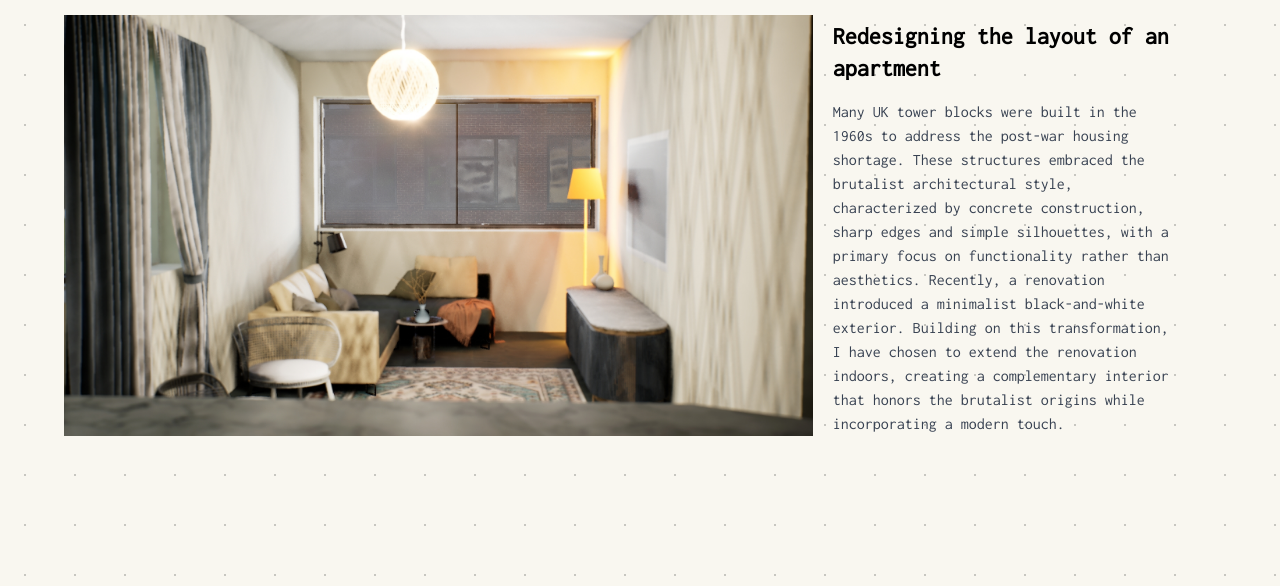
Repository: BBRRE/Portfolio-V2
Page: /#/Architecture
These files come from the project's save history. The page is drawn as it stood at one moment and after the next save; the edit follows.
The browser window is 1280 px wide. The pictures show the part of the page from y = 0 to 586 px (the page is 1246 px tall before and 1446 px after).
Pictures or frames that could not be fetched are drawn as grey boxes. Some web fonts or font styles are not loaded; a fallback is used. The project was rebuilt for these pictures with package versions that can differ from the ones it lists, and the page was loaded fresh each time. Also part of the build but not shown: vite.config.js, src/Subjects/CompSci.jsx, src/Subjects/EEng.jsx, src/Subjects/Other.jsx, src/Projects Overview.jsx, src/HomePage.jsx, src/ErrorBoundary.jsx.

Above is the page before, as saved 2024-11-26 21:22:39.

### index.html
<!doctype html>
<html lang="en">
  <head>
    <meta charset="UTF-8" />
    <link rel="icon" type="image/svg+xml" href="src\assets\letter-bb.svg" />
    <link href="https://fonts.googleapis.com/css2?family=Inconsolata&family=Italiana&family=Hubballi&family=Julius+Sans+One&display=swap" rel="stylesheet">
    <link rel="preconnect" href="https://fonts.googleapis.com" />
<link rel="preconnect" href="https://fonts.gstatic.com" crossorigin />
<link
  rel="stylesheet"
  href="https://fonts.googleapis.com/css2?family=Roboto:wght@300;400;500;700&display=swap"
/>
<link
  rel="stylesheet"
  href="https://fonts.googleapis.com/icon?family=Material+Icons"
/>

    <meta name="viewport" content="width=device-width, initial-scale=1.0" />
    <title>Bilaal Bare</title>
  </head>
  <body>
    <div id="root"></div>
    <script type="module" src="/src/main.jsx"></script>
  </body>
</html>

### src/main.jsx
import React from 'react'
import ReactDOM from 'react-dom/client'
import App from './App'
import ErrorBoundary from './ErrorBoundary'
import './index.css'

ReactDOM.createRoot(document.getElementById('root')).render(
  <React.StrictMode>
    <ErrorBoundary>
      <App />
    </ErrorBoundary>
  </React.StrictMode>
)

### src/App.jsx
import { HashRouter as Router, Routes, Route } from 'react-router-dom';
import Archi from './Subjects/Archi.jsx'
import CompSci from './Subjects/CompSci.jsx'
import EEng from './Subjects/EEng.jsx'
import Other from './Subjects/Other.jsx'
import { HomePage } from './HomePage'
import { useState, useEffect } from 'react'

function App() {
  useEffect(() => {
    console.log('App component mounted')
  }, [])

  return (
    <Router>
        <Routes>
          <Route path="/" element={<HomePage />} />
          <Route path="/Architecture" element={<Archi />} />
          <Route path="/Electronic-Eng" element={<EEng />} />
          <Route path="/Computer-Sci" element={<CompSci />} />
          <Route path="/Other" element={<Other />} />
        </Routes>
    </Router>
  )
}

export default App

### src/index.css
@tailwind base;
@tailwind components;
@tailwind utilities;

@layer utilities {
  .bg-dot-pattern {
    background-image: radial-gradient(circle, rgba(0, 0, 0, 0.2) 1px, transparent 1px);
    background-size: 50px 50px; /* Adjust the spacing here */
  }
}

### src/Subjects/Archi.jsx
import React, { useState, useEffect } from 'react';
import { motion } from "framer-motion";
import archi from "../assets/arch.jpg";
import old from "../assets/Old.jpg";
import newL from "../assets/New.jpg";
import render1 from "../assets/NewLevelSequence.0001.jpeg"
import render2 from "../assets/NewLevelSequence.0002.jpeg"
import render3 from "../assets/NewLevelSequence.0003.jpeg"
import render4 from "../assets/NewLevelSequence.0004.jpeg"
import render5 from "../assets/NewLevelSequence.0005.jpeg"
import kitchen from "../assets/Kitchene.PNG";
import balcony from "../assets/Balconye.PNG";
import bathroom from "../assets/Bathroome.PNG";
import logronyo from "../assets/LOGRONYO1-min.png"
import logronyo1 from "../assets/LOGRONYO1.png"
import logronyo2 from "../assets/LOGRONYO2.png"
import logronyo3 from "../assets/LOGRONYO3.png"
import logronyo4 from "../assets/LOGRONYO4.png"


const Arcchi = () => {
  const [isExpanded, setIsExpanded] = useState(false);
  const [delayedExpanded, setDelayedExpanded] = useState(false);
  const [isExpanded2, setIsExpanded2] = useState(false);
  const [delayedExpanded2, setDelayedExpanded2] = useState(false);

  useEffect(() => {
    let timer;
    if (isExpanded) {setDelayedExpanded(true)
    } else {
      timer = setTimeout(() => setDelayedExpanded(false), 1000);
    }
    return () => clearTimeout(timer);
  }, [isExpanded]);

  useEffect(() => {
    let timer;
    if (isExpanded2) {setDelayedExpanded2(true)
    } else {
      timer = setTimeout(() => setDelayedExpanded2(false), 1000);
    }
    return () => clearTimeout(timer);
  }, [isExpanded2]);

  const containerVariants = {
    hidden: {
      y: -100,
      opacity: 0
    },
    visible: {
      y: 0,
      opacity: 1,
      transition: {
        type: "spring",
        damping: 20,
        stiffness: 100,
        duration: 1
      }
    }
  };
  // Separate variants for mobile and desktop
  const imageVariants = {
    initial: {
      width: '65%',
      x: 0,
      transition: { duration: 2 }
    },
    expanded: {
      width: '100%',
      x: 0,
      transition: { duration: 2 }
    }
  };

  // Desktop-specific variants
  const desktopImageVariants = {
    initial: {
      width: '65%',
      x: 0,
      transition: { duration: 2 }
    },
    expanded: {
      width: '100%',
      x: '15%',
      transition: { duration: 2 }
    }
  };

  const textVariants = {
    initial: { opacity: 1, y: 0 },
    fading: { opacity: 0, transition: { duration: 0.5 } },
    appearing: { opacity: 1, y: '-50%', transition: { duration: 0.5 } }
  };

  return (
    <div className='bg-[#F9F7F0] bg-dot-pattern flex flex-col gap-[150px] h-auto'>
    <div className={` font-inconsolata w-full overflow-hidden mt-[-100px] `}>
      <motion.div
        className="flex flex-col pt-[60px] md:pt-[100px] gap-4 md:gap-8 w-full"
        initial="hidden"
        animate="visible"
        variants={containerVariants}
      >
        <div className="flex w-full mx-auto max-w-[1200px] flex-col px-4 md:px-6">
          {/* Initial hero section */}
          <div
            className="flex flex-col md:flex-row w-full mx-auto max-w-[1200px] h-auto cursor-pointer relative z-10"
            onClick={() => setIsExpanded(!isExpanded)}
          >
            {/* Mobile Image */}

            <motion.img
              className="object-contain rounded-sm z-10 mx-auto md:hidden"
              src={render1}
              initial="initial"
              animate={isExpanded ? "expanded" : "initial"}
              variants={imageVariants}
            />

            {/* Desktop Image */}
            <motion.img
              className="hidden md:block object-contain rounded-sm z-10"
              src={render1}
              initial="initial"
              animate={isExpanded ? "expanded" : "initial"}
              variants={desktopImageVariants}
            />

            <motion.div
              className="w-full md:w-1/3 p-4 md:pl-[20px] md:pt-[20px] my-auto"
              initial="initial"
              animate={isExpanded ? "fading" : "initial"}
              variants={textVariants}
            >
              <h1 className="text-xl md:text-2xl font-semibold mb-4">Redesigning the layout of an apartment</h1>
              <p className="text-gray-700 leading-relaxed text-sm md:text-base z-10">
              Many UK tower blocks were built in the 1960s to address the post-war housing shortage. These structures embraced the brutalist architectural style, characterized by concrete construction, sharp edges and simple silhouettes,
               with a primary focus on functionality rather than aesthetics. Recently, a renovation introduced a minimalist black-and-white exterior. Building on this transformation, I have chosen to extend the renovation indoors,
                creating a complementary interior that honors the brutalist origins while incorporating a modern touch.
              </p>
            </motion.div>
          </div>

          {/* Expanded grid section */}
          <motion.div
            className={`w-full max-w-[1200px] mx-auto transition-all duration-1000 ease-in-out  ${isExpanded ? '' : 'h-96'}
              ${isExpanded ? 'opacity-100 mt-[-200px] md:mt-8' : 'opacity-0 mt-[-400px]'}
              `}
          >
            <div className={`grid grid-cols-1 md:grid-cols-2 gap-8 md:gap-16 p-4 md:p-8 justify-center `}>
              {/* Balcony Section */}
              <div className="flex flex-col space-y-4 md:space-y-6">
              <img
                  src={balcony}
                  alt="Balcony view"
                  className="w-full max-w-[400px] h-auto object-cover rounded-lg shadow-lg mx-auto"
                />
                <img
                  src={render5}
                  alt="Balcony view"
                  className="w-full max-w-[400px] h-auto object-cover rounded-lg shadow-lg mx-auto"
                />
                <div className="space-y-2 md:space-y-4 px-4 md:px-0">
                  <h2 className="text-lg md:text-xl font-semibold">Balcony Transformation</h2>
                  <p className="text-gray-700 leading-relaxed text-sm md:text-base">
                  What appeared to be a balcony was actually an awkward space connecting the main bedroom to the living room.
                   Despite not protruding from the building's facade, this area had defaulted to storage use. By removing this space,
                    I was able to expand the smaller bedrooms and provide them with direct access to exterior windows. The responsibility of storage would be removed from balcony and distrabuted accross the home
                     requiring alternative storage solutions to be disscused later.
                  </p>
                </div>
              </div>

              {/* Kitchen Section */}
              <div className="flex flex-col space-y-4 md:space-y-6 md:mt-[200px]">
                <img
                  src={kitchen}
                  alt="Balcony view"
                  className="w-full max-w-[400px] h-auto object-cover rounded-lg shadow-lg mx-auto"
                />
                <img
                  src={render2}
                  alt="Kitchen design"
                  className="w-full max-w-[400px] h-auto object-cover rounded-lg shadow-lg mx-auto"
                />
                <div className="space-y-2 md:space-y-4 px-4 md:px-0">
                  <h2 className="text-lg md:text-xl font-semibold">Modern Kitchen Design</h2>
                  <p className="text-gray-700 leading-relaxed text-sm md:text-base">
                    The kitchen was and small narrow with one small window, and despite it's size it was being used as also being used as a laundry
                    room. I decided to expand the kitchen out into the living room and incorporate a large window to not only help with ventilation but
                    to bring some natural light giving a more enjoyable cooking experience. I also removed many small storage rooms in the kitchen and repurposed
                    it into one large laundry / storage room. This alleviates some stress off the kitchen, and as the door is angled away from the kitchen you wouldn't be
                     interupted while baking. The larger laundry / storage room would act as the central storage and as each bedroom is now larger, there would be
                     space for separated storage within each room.
                  </p>
                </div>
              </div>

              {/* Bathroom Section */}
              <div className="flex flex-col space-y-4 md:space-y-6 md:my-[-300px]">
              <img
                  src={bathroom}
                  alt="Balcony view"
                  className="w-full max-w-[400px] h-auto object-cover rounded-lg shadow-lg mx-auto"
                />
                <img
                  src={render3}
                  alt="Bathroom design"
                  className="w-full max-w-[400px] h-auto object-cover rounded-lg shadow-lg mx-auto"
                />
                <div className="space-y-2 md:space-y-4 px-4 md:px-0">
                  <h2 className="text-lg md:text-xl font-semibold">Luxurious Bathroom</h2>
                  <p className="text-gray-700 leading-relaxed text-sm md:text-base">
                    The bathroom was 2 seperate small rooms, while it came with it's advantages, could be used in parralell, it also had many disadvantages, including the small size.
                     A combined washroom gives you a larger space and with the additional
                    divider it would provide the benifit of seperating the toilet from the bathroom. Within the neighberhood this tower block
                    resides, it is very common to have a pair of crocs / flip flops in the bathroom, with the new sliding doors the sandlas can remain
                    at the enterance while you both open and close the door.
                  </p>
                </div>
              </div>

              {/* Floor Plan Section */}
              <div className="flex flex-col space-y-4 md:space-y-6">
                <div className="h-auto md:h-auto bg-white rounded-lg shadow-lg p-4 md:p-6 md:mt-[450px]">
                  <h2 className="text-lg md:text-xl font-semibold mb-2 md:mb-4">Floor Plans & Technical Details</h2>
                  <p className="text-gray-700 leading-relaxed text-sm md:text-base ">
                  Built in the 1960s, this tower block features a typical construction style of its era: load-bearing exterior
                  walls and central columns, with non-load-bearing interior walls. This structural arrangement provided complete freedom
                  in redesigning the interior layout to meet modern living standards. Both the old and renovated floor plan, created in AutoCAD, is shown below.
                  </p>
                </div>
              </div>

              {/* Final Image */}
              <img
                src={old}
                className="col-span-1 md:col-span-2 mt-8 w-full max-w-[1200px] mb-[-50px] mx-auto rounded-lg shadow-lg"
                alt="New Layout"
              />
              <img
                src={newL}
                className="col-span-1 md:col-span-2 mt-8 w-full max-w-[1200px] mb-[100px] mx-auto rounded-lg shadow-lg"
                alt="New Layout"
              />
            </div>
          </motion.div>
        </div>
      </motion.div>
    </div>



    <div className={` font-inconsolata w-full overflow-hidden mt-[-100px] mb-[100px]`}>
      <motion.div
        className="flex flex-col pt-[60px] md:pt-[100px] gap-4 md:gap-8 w-full"
        initial="hidden"
        animate="visible"
        variants={containerVariants}
      >
        <div className="flex w-full mx-auto max-w-[1200px] flex-col px-4 md:px-6">
          {/* Initial hero section */}
          <div
            className="flex flex-col md:flex-row w-full mx-auto max-w-[1200px] h-[60vh] md:h-[80vh] cursor-pointer relative z-10"
            onClick={() => setIsExpanded2(!isExpanded2)}
          >
            {/* Mobile Image */}

            <motion.img
              className="object-contain rounded-sm z-10 mx-auto md:hidden"
              src={logronyo}
              initial="initial"
              animate={isExpanded2 ? "expanded" : "initial"}
              variants={imageVariants}
            />

            {/* Desktop Image */}
            <motion.img
              className="hidden md:block object-contain rounded-sm z-10"
              src={logronyo}
              initial="initial"
              animate={isExpanded2 ? "expanded" : "initial"}
              variants={desktopImageVariants}
            />

            <motion.div
              className="w-full md:w-1/3 p-4 md:pl-[20px] md:pt-[20px] my-auto"
              initial="initial"
              animate={isExpanded2 ? "fading" : "initial"}
              variants={textVariants}
            >
              <h1 className="text-xl md:text-2xl font-semibold mb-4">Designing a climate island in Logronyo.</h1>
              <p className="text-gray-700 leading-relaxed text-sm md:text-base z-10">
              Entry to a compititon ran by Concéntrico for an urban climate island. The entries are evaluted on sustainability, feasibility, versatility and integration
              into the architectural and urban enviroment. I have designed this entry to take inspiration from the geodesic design of the neighbouring train and bus station and the tessellated design of Parque Felipe VI park
               in which it resides. The climbing plants provide shade, modular seating elemts provide both social and individual rest spots, planters integrated into the base of the structure and green areas.
              </p>
            </motion.div>
          </div>

          {/* Expanded grid section */}
          <motion.div
            className={`w-full max-w-[1200px] mx-auto transition-all duration-1000 ease-in-out ${isExpanded2 ? '' : 'h-96'}
              ${isExpanded2 ? 'opacity-100 mt-[-200px] md:mt-8' : 'opacity-0 mt-[-400px]'}
              `}
          >
            <div className="flex flex-col md:grid md:grid-cols-2 gap-8 md:gap-16 p-4 md:p-8 justify-center">

                <img
                  src={logronyo2}
                  alt="Balcony view"
                  className="w-full max-w-[600px] h-auto object-cover rounded-lg shadow-lg mx-auto"
                />
                <img
                  src={logronyo3}
                  alt="Balcony view"
                  className="w-full max-w-[600px] h-auto object-cover rounded-lg shadow-lg mx-auto"
                />
              <img
                  src={logronyo4}
                  alt="Balcony view"
                  className="w-full max-w-[1200px] h-auto object-cover rounded-lg shadow-lg mx-auto col-span-2"
                />
                <img
                  src={logronyo1}
                  alt="Bathroom design"
                  className="w-full max-w-[800px] h-auto object-cover rounded-lg shadow-lg mx-aut col-span-2 mx-auto"
                />
            </div>
          </motion.div>
        </div>
      </motion.div>
    </div>
    </div>
  );
};

export default Arcchi;

### tailwind.config.js
/** @type {import('tailwindcss').Config} */
export default {
    darkMode: ["class"],
    content: ["index.css",
  "./src/**/*.{js,ts,jsx,tsx}",],
  theme: {
  	extend: {
  		backgroundImage: {
  			noise: "url('/src/assets/nnnoise.svg')",
  			undulate: "url('/src/assets/uuundulate.svg')"
  		},
  		fontFamily: {
  			inconsolata: ['Inconsolata', 'monospace'],
  			italiana: ['Italiana', 'serif'],
  			hubballi: ['Hubballi', 'cursive'],
  			julius: ['Julius Sans One"', 'sans-serif']
  		},
      keyframes: {
        fadeIn: {
          '0%': { opacity: '0' },
          '100%': { opacity: '1' },
        },
      }
  	}
  }
}

After the next save:
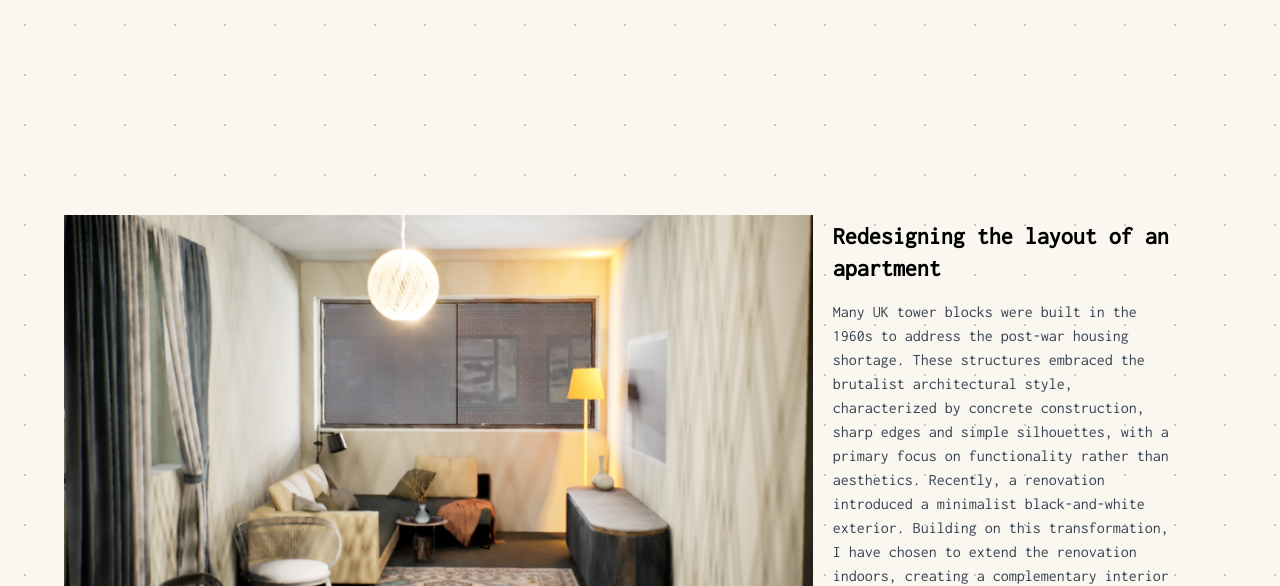
Saved 40 s later.
--- a/src/Subjects/Archi.jsx
+++ b/src/Subjects/Archi.jsx
@@ -94,7 +94,7 @@ const Arcchi = () => {
 
   return (
     <div className='bg-[#F9F7F0] bg-dot-pattern flex flex-col gap-[150px] h-auto'>
-    <div className={` font-inconsolata w-full overflow-hidden mt-[-100px] `}>
+    <div className={` font-inconsolata w-full overflow-hidden mt-[100px] `}>
       <motion.div
         className="flex flex-col pt-[60px] md:pt-[100px] gap-4 md:gap-8 w-full"
         initial="hidden"
